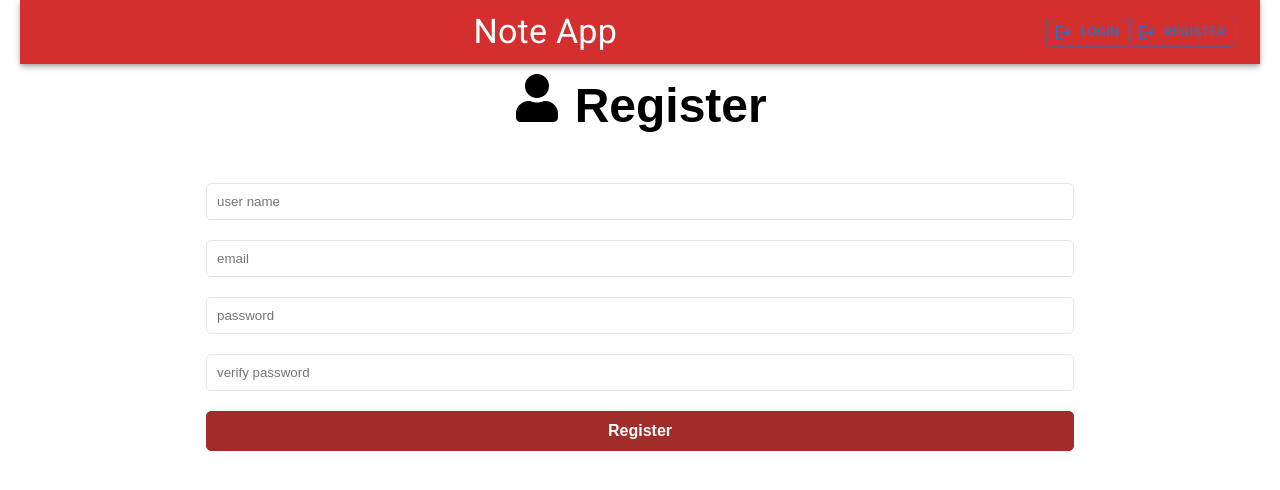
Repository: halilhaninan/MERNSTACK-Note-App
Page: /register (app in frontend/)
An editor plug-in stored every save of this project. The page is shown before and after the next save, followed by the edit.
The browser window is 1280 px wide. The pictures show the whole page.
The project was rebuilt for these pictures with package versions that can differ from the ones it lists, and the page was loaded fresh each time. Also part of the build but not shown: frontend/src/Components/NotForm.jsx, frontend/src/Components/Spinner.jsx, frontend/src/Components/Not.jsx, frontend/src/pages/Dashboard.jsx, frontend/src/pages/Login.jsx, frontend/src/features/counter/counterSlice.js, frontend/src/features/counter/counter.js, frontend/src/App.css.

Above is the page before, as saved 2022-09-03 11:09:07.

After the next save:
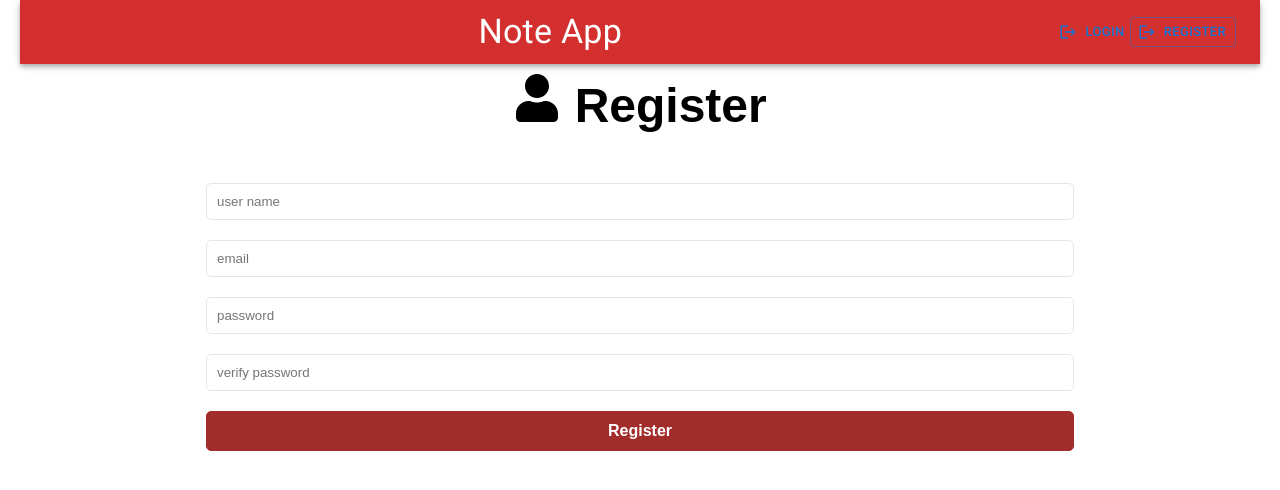
Saved 12 s later.
--- a/frontend/src/Components/Header.jsx
+++ b/frontend/src/Components/Header.jsx
@@ -47,7 +47,6 @@ function Header() {
         ) : (
           <>
             <Button
-              variant="outlined"
               colors="inherit"
               size="small"
               startIcon={<Logout />}
